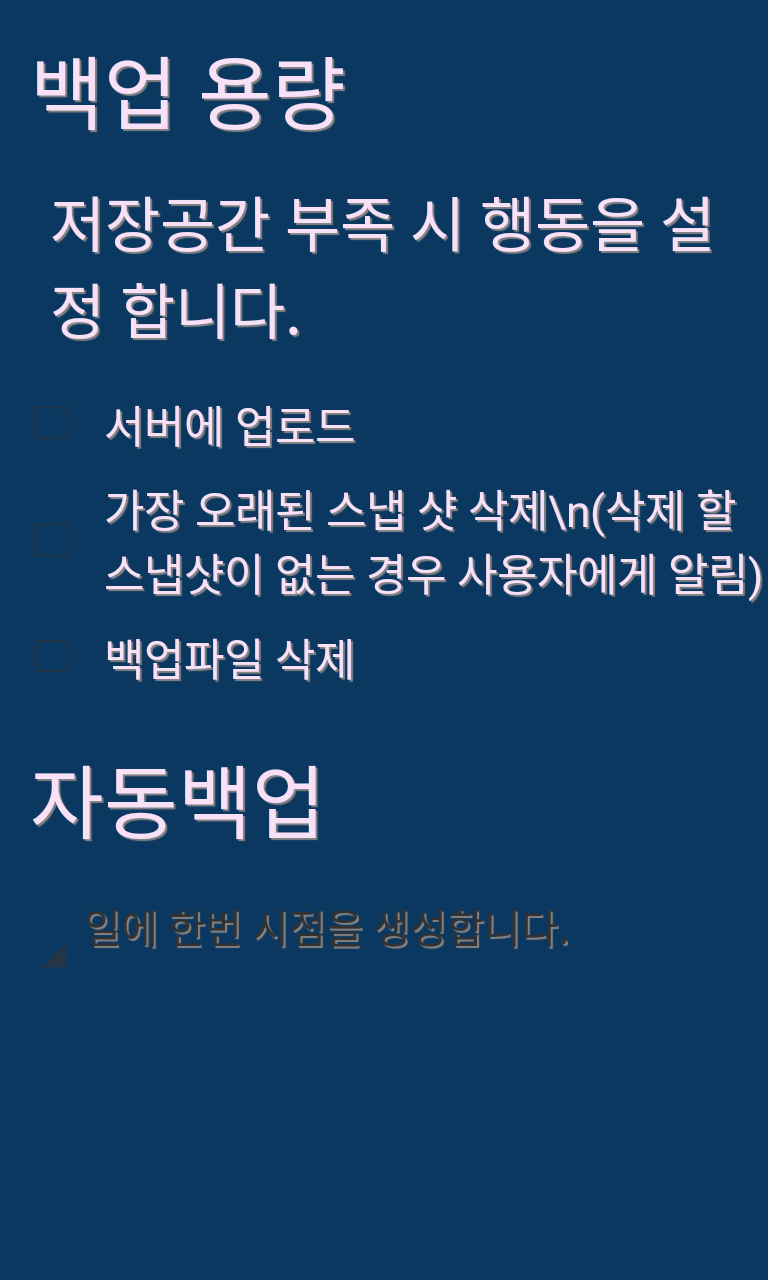
Repository: zzttt/LVM_BackupSol
Layout: TimeTraveler/res/layout/inflate_three.xml
An editor plug-in stored every save of this project. The layout is shown before and after the next save, followed by the edit.
It is drawn on a 768 x 1280 px phone screen (xhdpi) without system bars, with theme AppTheme; the app's code is not run.

Above is the layout before, as saved 2014-07-02 15:26:46.

After the next save:
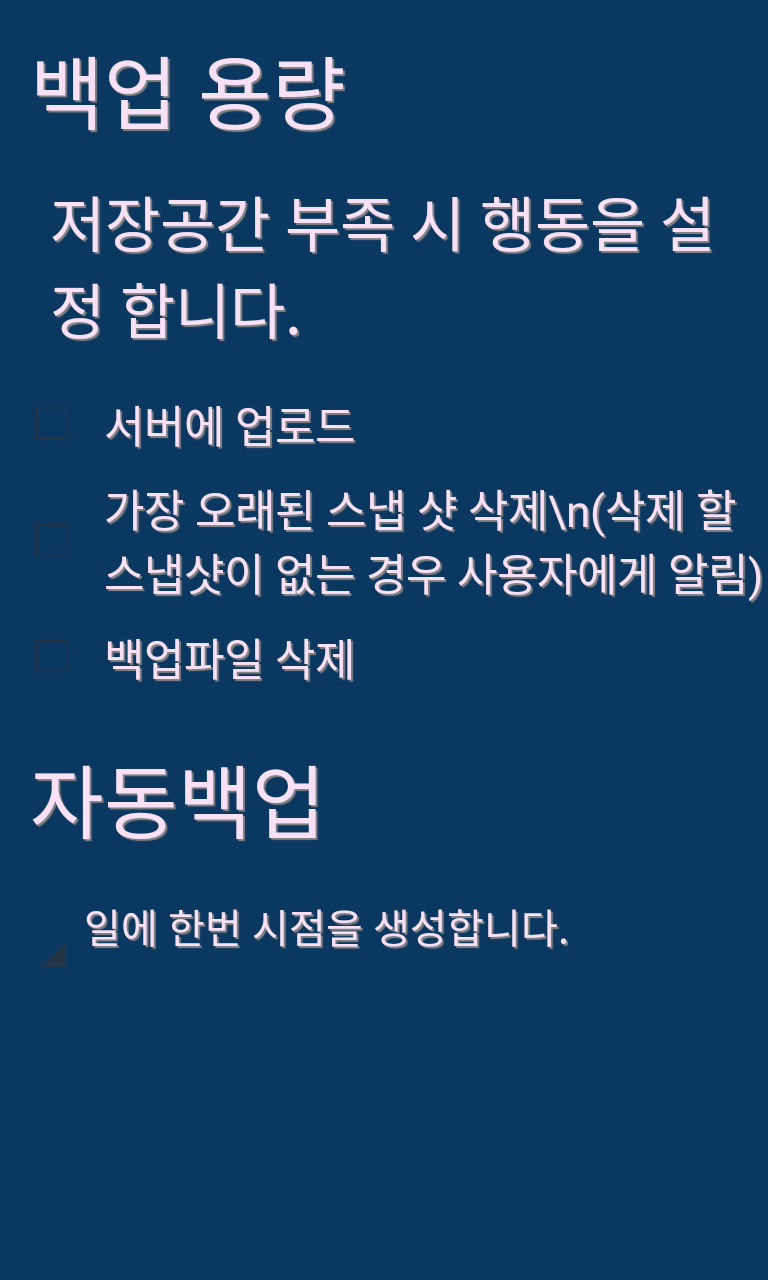
Saved 4 s later.
--- a/TimeTraveler/res/layout/inflate_three.xml
+++ b/TimeTraveler/res/layout/inflate_three.xml
@@ -24,11 +24,11 @@
                 android:layout_marginLeft="15dp"
                 android:layout_marginTop="15dp"
                 android:shadowColor="#848484"
-                android:textColor="#F8E0F7"
                 android:shadowDx="2"
                 android:shadowDy="2"
                 android:shadowRadius="0.01"
                 android:text="백업 용량"
+                android:textColor="#F8E0F7"
                 android:textSize="40sp" />
 
             <TextView
@@ -39,10 +39,10 @@
                 android:layout_marginTop="15dp"
                 android:shadowColor="#848484"
                 android:shadowDx="2"
-                android:textColor="#F8E0F7"
                 android:shadowDy="2"
                 android:shadowRadius="0.01"
                 android:text="저장공간 부족 시 행동을 설정 합니다."
+                android:textColor="#F8E0F7"
                 android:textSize="30sp" />
 
             <CheckBox
@@ -51,13 +51,13 @@
                 android:layout_height="wrap_content"
                 android:layout_marginBottom="10dp"
                 android:layout_marginLeft="10dp"
-                android:textColor="#F8E0F7"
                 android:paddingLeft="10dp"
                 android:shadowColor="#848484"
                 android:shadowDx="2"
                 android:shadowDy="2"
                 android:shadowRadius="0.01"
                 android:text="서버에 업로드"
+                android:textColor="#F8E0F7"
                 android:textSize="22sp" />
 
             <CheckBox
@@ -66,13 +66,13 @@
                 android:layout_height="wrap_content"
                 android:layout_marginBottom="10dp"
                 android:layout_marginLeft="10dp"
-                android:textColor="#F8E0F7"
                 android:paddingLeft="10dp"
                 android:shadowColor="#848484"
                 android:shadowDx="2"
                 android:shadowDy="2"
                 android:shadowRadius="0.01"
                 android:text="가장 오래된 스냅 샷 삭제\n(삭제 할 스냅샷이 없는 경우 사용자에게 알림)"
+                android:textColor="#F8E0F7"
                 android:textSize="22sp" />
 
             <CheckBox
@@ -83,11 +83,11 @@
                 android:layout_marginLeft="10dp"
                 android:paddingLeft="10dp"
                 android:shadowColor="#848484"
-                android:textColor="#F8E0F7"
                 android:shadowDx="2"
                 android:shadowDy="2"
                 android:shadowRadius="0.01"
                 android:text="백업파일 삭제"
+                android:textColor="#F8E0F7"
                 android:textSize="22sp" />
 
             <TextView
@@ -99,8 +99,8 @@
                 android:shadowDx="2"
                 android:shadowDy="2"
                 android:shadowRadius="0.01"
+                android:text="자동백업"
                 android:textColor="#F8E0F7"
-                android:text="자동백업"
                 android:textSize="40sp" />
 
             <RelativeLayout
@@ -115,13 +115,13 @@
                     android:layout_centerVertical="true"
                     android:layout_marginLeft="15dp"
                     android:layout_marginTop="20dp"
-                    android:textColor="#F8E0F7"
                     android:drawSelectorOnTop="true"
-                android:shadowColor="#848484"
-                android:shadowDx="2"
-                android:shadowDy="2"
-                android:shadowRadius="0.01"
-                    android:gravity="center_vertical" />
+                    android:gravity="center_vertical"
+                    android:shadowColor="#848484"
+                    android:shadowDx="2"
+                    android:shadowDy="2"
+                    android:shadowRadius="0.01"
+                    android:textColor="#F8E0F7" />
 
                 <TextView
                     android:layout_width="match_parent"
@@ -134,6 +134,7 @@
                     android:shadowDy="2"
                     android:shadowRadius="0.01"
                     android:text=" 일에 한번 시점을 생성합니다."
+                    android:textColor="#F8E0F7"
                     android:textSize="20sp" />
             </RelativeLayout>
         </LinearLayout>
